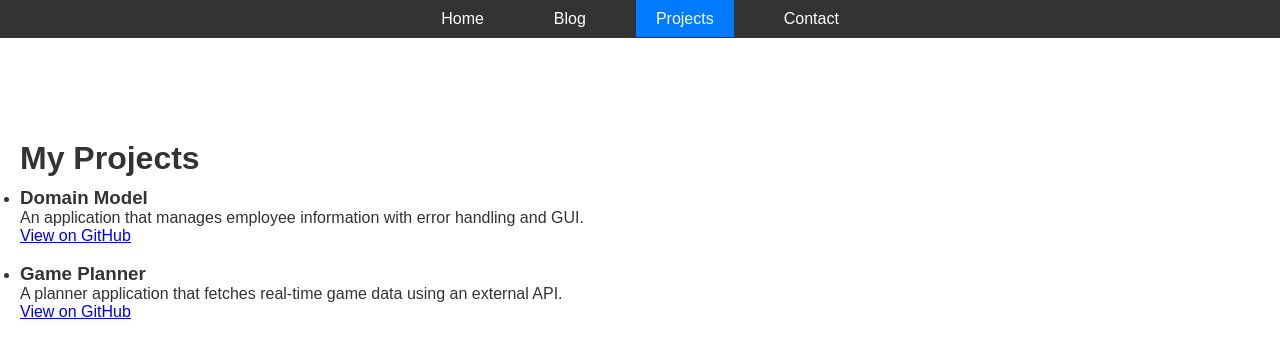
Repository: liwingy/cs5610_fall24_project1
Page: projects.html
These files come from the project's save history. The page is drawn as it stood at one moment and after the next save; the edit follows.
The browser window is 1280 px wide. The pictures show the whole page.

Above is the page before, as saved 2024-10-07 17:33:55.

After the next save:
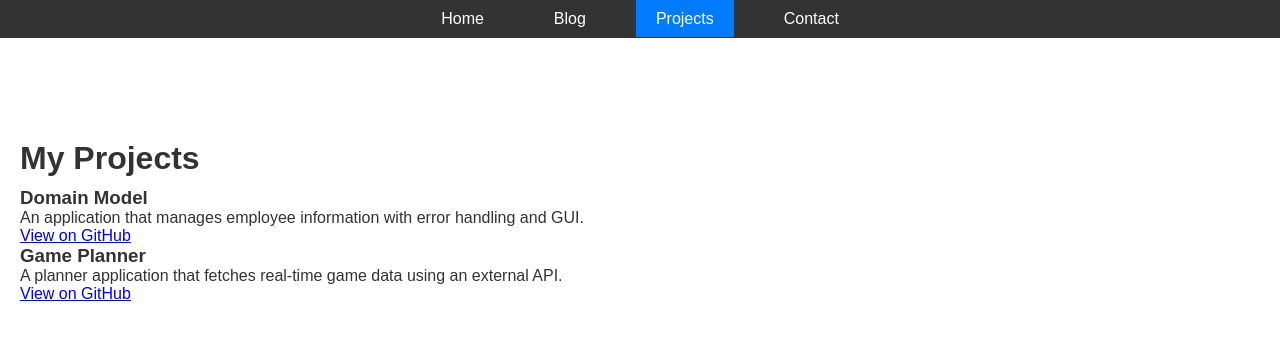
Saved 2 min 56 s later.
--- a/projects.html
+++ b/projects.html
@@ -18,19 +18,18 @@
     <main>
         <section class="projects">
             <h2>My Projects</h2>
-            <ul>
-                <li>
+            <div class="projects-grid">
+                <div class="project-item">
                     <h3>Domain Model</h3>
                     <p>An application that manages employee information with error handling and GUI.</p>
                     <a href="https://github.com/Su24-CS5004-Online-Lionelle/homework-07-liwingy/tree/main/src/main/java/student/model" target="_blank">View on GitHub</a>
-                </li>
-                <br>
-                <li>
+                </div>
+                <div class="project-item">
                     <h3>Game Planner</h3>
                     <p>A planner application that fetches real-time game data using an external API.</p>
                     <a href="https://github.com/Su24-CS5004-Online-Lionelle/hw05/tree/main/src/main/java/student" target="_blank">View on GitHub</a>
-                </li>
-            </ul>
+                </div>
+            </div>
         </section>
     </main>
 </body>
